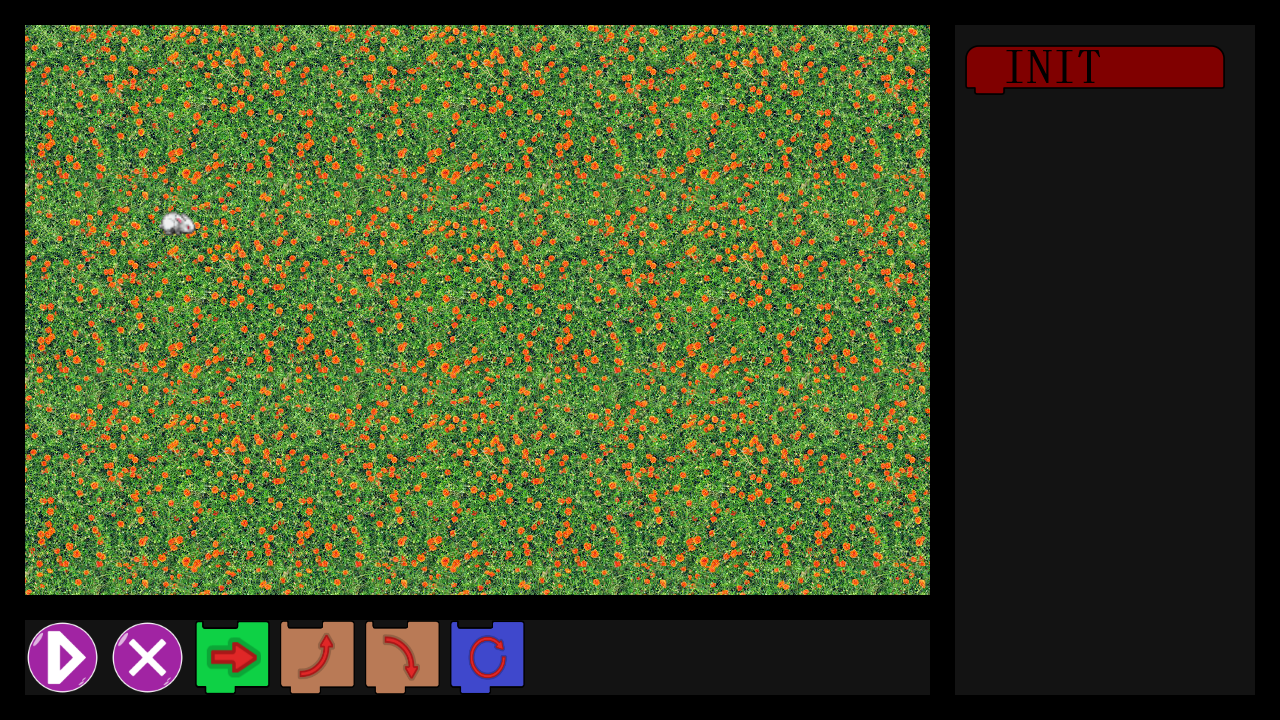
Repository: shiducai/trabajos-U.A.
Page: workspace/index.html
The author's editor kept a record of every edit. The page is drawn from the files as they stood at one moment, then again after the next edit.
The browser window is 1280 px wide. The pictures show the whole page.

Above is the page before.

### workspace/index.html
<html>
    <head>
        <script src="js/lib/jquery-3.3.1.min.js"></script>
        <script src="js/globalConditions.js"></script>
        <script src="js/class/Bunny.js"></script>
        <script src="js/class/scene/RedSquare.js"></script>
        <script src="js/class/scene/YellowSquare.js"></script>
        <script src="js/class/scene/BlueSquare.js"></script>
        <script src="js/class/scene/StarSquare.js"></script>
        <script src="js/class/scene/Level1.js"></script>
        <script src="js/class/scene/Level2.js"></script>
        <script src="js/class/nodes/NodesContainer.js"></script>
        <script src="js/class/nodes/MinNode.js"></script>
        <script src="js/class/nodes/InitialNode.js"></script>
        <script src="js/class/nodes/AdvanceNode.js"></script>
        <script src="js/class/nodes/TurnLeftNode.js"></script>
        <script src="js/class/nodes/TurnRightNode.js"></script>
        <script src="js/class/nodes/ForNode.js"></script>
        <script src="js/class/nodes/EndForNode.js"></script>
        <script src="js/functions.js"></script>
        <script src="js/game.js"></script>
        <link rel="Stylesheet" href="css/style.css">
    </head>
    <body>
        <div id="container">
            <canvas id="backgroundCanvas"></canvas>
            <canvas id="tileCanvas"></canvas>
            <canvas id="rabbitCanvas"></canvas>
            <canvas id="nodeCanvas"></canvas>
        </div>
    </body>
</html>

### workspace/js/globalConditions.js
// Variables de tamaño de la pantalla.
var SCREEN_WIDTH;
var SCREEN_HEIGHT;
var NODE_CTX;
var SCENE_CTX;
var BG_CANVAS;
var RABBIT_CTX;

// Temporizador del juego
var gameCooldown;
var endReached = false;
var level = 1;
var scene;

// Constantes para las acciones y tipos de los nodos
var PLAY = 0;
var CLEAR = 1;
var ADVANCE = 2;
var TURN_LEFT = 3;
var TURN_RIGHT = 4;
var FOR = 5;
var END_FOR = 6;

// Variable que controla el nodo pulsado
var isNodeClicked = false;
var clickedNode = undefined;
var closeNode = new Image();
closeNode.src = "img/closeNode.png"

// Estructuras de datos necesarias para el control de operaciones.
var nodesContainer;

// Variable del conejo
var bunny;

### workspace/js/class/scene/RedSquare.js
function RedSquare(x,y){
    this.img = new Image();
    this.img.src = "img/redSquare.png";
    this.x = x;
    this.y = y;
    this.width = 50;
    this.height = 50;
}

### workspace/js/class/scene/YellowSquare.js
function YellowSquare(x,y){
    this.img = new Image();
    this.img.src = "img/yellowSquare.png";
    this.x = x;
    this.y = y;
    this.width = 50;
    this.height = 50;
}

### workspace/js/class/scene/BlueSquare.js
function BlueSquare(x,y){
    this.img = new Image();
    this.img.src = "img/blueSquare.png";
    this.x = x;
    this.y = y;
    this.width = 50;
    this.height = 50;
}

### workspace/js/class/scene/StarSquare.js
function StarSquare(x,y){
    this.img = new Image();
    this.img.src = "img/starSquare.png";
    this.x = x;
    this.y = y;
    this.width = 50;
    this.height = 50;
}

### workspace/js/class/scene/Level1.js
function Level1(){
    this.tiles = new Array();
    this.tiles.push(new BlueSquare(150, 200));
    this.tiles.push(new YellowSquare(150, 200));
    this.tiles.push(new YellowSquare(200, 200));
    this.tiles.push(new YellowSquare(200, 250));
    this.tiles.push(new YellowSquare(250, 250));
    this.tiles.push(new YellowSquare(300, 250));
    this.tiles.push(new YellowSquare(300, 200));
    this.tiles.push(new YellowSquare(350, 200));
    this.tiles.push(new RedSquare(350, 150));

    this.draw = function() {
        for (var i = 0; i < this.tiles.length; i++) {
            var tile = this.tiles[i];
            SCENE_CTX.drawImage(tile.img, tile.x, tile.y, tile.width, tile.heigth);
        }
    }
}

                //TODO este bloque de comentarios, esta en en las lineas 3 a 9;

                //   //cubo1
                //     var CA1Map1 = new cuboAmarillo();

                //         CA1Map1.cuboPosx = 150;
                //         CA1Map1.cuboPosy = 200;

                //     //cubo2
                //     var CA2Map1 = new cuboAmarillo();
                //         CA2Map1.cuboPosx = 200;
                //         CA2Map1.cuboPosy = 200;

                //     //cubo3
                //     var CA3Map1 = new cuboAmarillo();
                //         CA3Map1.cuboPosx = 200;
                //         CA3Map1.cuboPosy = 250;

                //     //cubo4
                //     var CA4Map1 = new cuboAmarillo();
                //         CA4Map1.cuboPosx = 250;
                //         CA4Map1.cuboPosy = 250;

                //     //cubo5
                //     var CA5Map1 = new cuboAmarillo();
                //         CA5Map1.cuboPosx = 300;
                //         CA5Map1.cuboPosy = 250;

                //     //cubo6
                //     var CA6Map1 = new cuboAmarillo();
                //         CA6Map1.cuboPosx = 300;
                //         CA6Map1.cuboPosy = 200;

                //     //cubo7
                //     var CA7Map1 = new cuboAmarillo();
                //         CA7Map1.cuboPosx = 350;
                //         CA7Map1.cuboPosy = 200;


                        //Todo este bloque equivale a la funcion draw, lo mejor es que si en vez de 7 cuadros tienes 2 millones la funcion draw tb los pintaria.

                    //   //draw camino
                    // tiles.drawImage(amarillo,CA1Map1.cuboPosx,CA1Map1.cuboPosy,CA1Map1.width,CA1Map1.heigth);
                    // tiles.drawImage(amarillo,CA2Map1.cuboPosx,CA2Map1.cuboPosy,CA2Map1.width,CA2Map1.heigth);
                    // tiles.drawImage(amarillo,CA3Map1.cuboPosx,CA3Map1.cuboPosy,CA3Map1.width,CA3Map1.heigth);
                    // tiles.drawImage(amarillo,CA4Map1.cuboPosx,CA4Map1.cuboPosy,CA4Map1.width,CA4Map1.heigth);
                    // tiles.drawImage(amarillo,CA5Map1.cuboPosx,CA5Map1.cuboPosy,CA5Map1.width,CA5Map1.heigth);
                    // tiles.drawImage(amarillo,CA6Map1.cuboPosx,CA6Map1.cuboPosy,CA6Map1.width,CA6Map1.heigth);
                    // tiles.drawImage(amarillo,CA7Map1.cuboPosx,CA7Map1.cuboPosy,CA7Map1.width,CA7Map1.heigth);

// /**    esta parte me da error

//                     //draw inicio
//                     tiles.drawImage(cuboAzul,100,200,50,50);
//                       //draw final
//                     tiles.drawImage(cuboRojo,350,150,50,50); **/


                    //parte del cambio de color (no se las variables del persoje asi que pongo el ejemplo para sustituir mas adelante)
                    // if (perPosx + perWidth >= CA1Map1.cuboPosx && perPosx <= CA1Map1.cuboPosx + CA1Map1.width && perPosy + perHeight >= CA1Map1.cuboPosy && perPosy <= CA1Map1.cuboPosy + CA1Map1.heigth  ){
                    //     tiles.clearRect(CA1Map1.cuboPosx,CA1Map1.cuboPosy,CA1Map1.width,CA1Map1.heigth);
                    //     tiles.drawImage(cuboAzul,CA1Map1.cuboPosx,CA1Map1.cuboPosy,CA1Map1.width,CA1Map1.heigth);

                    // }
                    // if (perPosx + perWidth >= CA2Map1.cuboPosx && perPosx <= CA2Map1.cuboPosx + CA2Map1.width && perPosy + perHeight >= CA2Map1.cuboPosy && perPosy <= CA2Map1.cuboPosy + CA2Map1.heigth  ){
                    //     tiles.clearRect(CA2Map1.cuboPosx,CA2Map1.cuboPosy,CA2Map1.width,CA2Map1.heigth);
                    //     tiles.drawImage(cuboAzul,CA2Map1.cuboPosx,CA2Map1.cuboPosy,CA2Map1.width,CA2Map1.heigth);

                    // }
                    // if (perPosx + perWidth >= CA3Map1.cuboPosx && perPosx <= CA3Map1.cuboPosx + CA3Map1.width && perPosy + perHeight >= CA3Map1.cuboPosy && perPosy <= CA3Map1.cuboPosy + CA3Map1.heigth  ){
                    //     tiles.clearRect(CA3Map1.cuboPosx,CA3Map1.cuboPosy,CA3Map1.width,CA3Map1.heigth);
                    //     tiles.drawImage(cuboAzul,CA3Map1.cuboPosx,CA3Map1.cuboPosy,CA3Map1.width,CA3Map1.heigth);

                    // }
                    // if (perPosx + perWidth >= CA4Map1.cuboPosx && perPosx <= CA4Map1.cuboPosx + CA4Map1.width && perPosy + perHeight >= CA4Map1.cuboPosy && perPosy <= CA4Map1.cuboPosy + CA4Map1.heigth  ){
                    //     tiles.clearRect(CA4Map1.cuboPosx,CA4Map1.cuboPosy,CA4Map1.width,CA4Map1.heigth);
                    //     tiles.drawImage(cuboAzul,CA4Map1.cuboPosx,CA4Map1.cuboPosy,CA4Map1.width,CA4Map1.heigth);

                    // }
                    // if (perPosx + perWidth >= CA5Map1.cuboPosx && perPosx <= CA5Map1.cuboPosx + CA5Map1.width && perPosy + perHeight >= CA5Map1.cuboPosy && perPosy <= CA5Map1.cuboPosy + CA5Map1.heigth  ){
                    //     tiles.clearRect(CA5Map1.cuboPosx,CA5Map1.cuboPosy,CA5Map1.width,CA5Map1.heigth);
                    //     tiles.drawImage(cuboAzul,CA5Map1.cuboPosx,CA5Map1.cuboPosy,CA5Map1.width,CA5Map1.heigth);

                    // }
                    // if (perPosx + perWidth >= CA6Map1.cuboPosx && perPosx <= CA6Map1.cuboPosx + CA6Map1.width && perPosy + perHeight >= CA6Map1.cuboPosy && perPosy <= CA6Map1.cuboPosy + CA6Map1.heigth  ){
                    //     tiles.clearRect(CA6Map1.cuboPosx,CA6Map1.cuboPosy,CA6Map1.width,CA6Map1.heigth);
                    //     tiles.drawImage(cuboAzul,CA6Map1.cuboPosx,CA6Map1.cuboPosy,CA6Map1.width,CA6Map1.heigth);

                    // }
                    // if (perPosx + perWidth >= CA7Map1.cuboPosx && perPosx <= CA7Map1.cuboPosx + CA7Map1.width && perPosy + perHeight >= CA7Map1.cuboPosy && perPosy <= CA7Map1.cuboPosy + CA7Map1.heigth  ){
                    //     tiles.clearRect(CA7Map1.cuboPosx,CA7Map1.cuboPosy,CA7Map1.width,CA7Map1.heigth);
                    //     tiles.drawImage(cuboAzul,CA7Map1.cuboPosx,CA7Map1.cuboPosy,CA7Map1.width,CA7Map1.heigth);

                    // }

### workspace/js/class/scene/Level2.js
function Level2(){
    this.tiles = new Array();
    this.tiles.push(new BlueSquare(100, 200));
    this.tiles.push(new YellowSquare(150, 200));
    this.tiles.push(new YellowSquare(200, 200));
    this.tiles.push(new YellowSquare(250, 200));
    this.tiles.push(new YellowSquare(300, 200));
    this.tiles.push(new YellowSquare(350, 200));
    this.tiles.push(new YellowSquare(350, 150));
    this.tiles.push(new YellowSquare(350, 100));
    this.tiles.push(new YellowSquare(350, 50));
    this.tiles.push(new YellowSquare(300, 50));
    this.tiles.push(new YellowSquare(250, 50));
    this.tiles.push(new YellowSquare(200, 50));
    this.tiles.push(new YellowSquare(200, 100));
    this.tiles.push(new YellowSquare(200, 150));

    this.tiles.push(new YellowSquare(200, 250));
    this.tiles.push(new YellowSquare(200, 300));
    this.tiles.push(new YellowSquare(250, 300));
    this.tiles.push(new YellowSquare(300, 300));
    this.tiles.push(new YellowSquare(300, 350));
    this.tiles.push(new YellowSquare(350, 350));
    this.tiles.push(new YellowSquare(400, 350));
    this.tiles.push(new RedSquare(400, 300));

    this.draw = function() {
        for (var i = 0; i < this.tiles.length; i++) {
            var tile = this.tiles[i];
            SCENE_CTX.drawImage(tile.img, tile.x, tile.y, tile.width, tile.height);
        }
    }

    this.switch = function(index) {
        this.tiles.splice(index+1, 0, new StarSquare(this.tiles[index].x, this.tiles[index].y));
        this.tiles.splice(index, 1);
    }
}

### workspace/js/class/nodes/NodesContainer.js
function NodesContainer(x, y, width, height) {
    this.x = x;
    this.y = y;
    this.width = width;
    this.height = height;
    this.image = new Image();
    this.image.src = "img/nodeContainer.png";
    this.nodes = new Array();
    this.nodesMin = new Array();
    this.nodesMin.push(new MinNode(25, SCREEN_HEIGHT-100, PLAY));
    this.nodesMin.push(new MinNode(110, SCREEN_HEIGHT-100, CLEAR));
    this.nodesMin.push(new MinNode(195, SCREEN_HEIGHT-100, ADVANCE));
    this.nodesMin.push(new MinNode(280, SCREEN_HEIGHT-100, TURN_LEFT));
    this.nodesMin.push(new MinNode(365, SCREEN_HEIGHT-100, TURN_RIGHT));
    this.nodesMin.push(new MinNode(450, SCREEN_HEIGHT-100, FOR));
    this.nodes.push(new InitialNode(this.x + 10, this.y + 20));

    this.addNode = function(index, node) {
        for (var i = index ; i < this.nodes.length; i++) {
            this.nodes[i].y += this.nodes[i].height;
        }
        this.nodes.splice(index, 0, node);
    }

    this.draw = function() {
        NODE_CTX.drawImage(this.image, this.x, this.y, this.width, this.height);
        NODE_CTX.drawImage(this.image, 25, SCREEN_HEIGHT-100, SCREEN_WIDTH-375, 75);
        for (var i = 0; i < this.nodesMin.length; i++) {
            this.nodesMin[i].draw();
        }
    }

    this.drawNodes = function() {
        for (var i = 0; i < this.nodes.length; i++) {
            var node = this.nodes[i];
            node.draw();
            if (clickedNode != undefined) {
            var distance = distanceBetweenTwoPoints(clickedNode.x +25, clickedNode.y, node.x + 25, node.y + node.height);
                if (distance < 25) {
                    NODE_CTX.drawImage(closeNode, node.x, node.y + node.height -7);
                }
            }
        }
    }

    this.getActions = function() {
        var actions = new Array();
        for (var i = 1; i < this.nodes.length; i++) {
            var node = this.nodes[i];
            if (node instanceof ForNode) {
                var endLoop = false;
                var forIndex = i;
                while (!endLoop) {
                    i++;
                    if(this.nodes[i] instanceof EndForNode && this.nodes[i].forIndex == forIndex) {
                        endLoop = true;
                    }
                }
            }
            actions = actions.concat(node.getActions());
        }
        return actions;
    }
}

### workspace/js/class/nodes/MinNode.js
function MinNode(x, y, type) {
    this.type = type;
    this.x = x;
    this.y = y;
    this.width = 75;
    this.height = 75;
    this.img = new Image();
    this.img.src;
    switch(type) {
        case PLAY:
            this.img.src = "img/playButton.png";
            break;
        case CLEAR:
            this.img.src = "img/clearButton.png";
            break;
        case ADVANCE:
            this.img.src = "img/nodeAdvanceMin.png";
            break;
        case TURN_LEFT:
            this.img.src = "img/nodeTurnLeftMin.png";
            break;
        case TURN_RIGHT:
            this.img.src = "img/nodeTurnRightMin.png";
            break;
        case FOR:
            this.img.src = "img/nodeForMin.png";
            break;
    }

    this.draw = function() {
        NODE_CTX.drawImage(this.img, this.x, this.y, this.width, this.height);
    }
}

### workspace/js/class/nodes/InitialNode.js
function InitialNode(x, y) {
    this.x = x;
    this.y = y;
    this.width = 260;
    this.height = 50;
    this.img = new Image();
    this.img.src = "img/initialNode.png"
    this.childs = new Array();

    this.draw = function() {
        NODE_CTX.drawImage(this.img, this.x, this.y, this.width, this.height);
        for (var i=0; i < this.childs.length; i++) {
            var node = this.childs[i];
            node.draw();
            if (clickedNode != undefined) {
                var distance = distanceBetweenTwoPoints(clickedNode.x +25, clickedNode.y, node.x + 25, node.y + node.height);
                if (distance < 25) {
                    NODE_CTX.drawImage(closeNode, node.x, node.y + node.height -7);
                }
            }
        }
    }
}

### workspace/js/class/nodes/AdvanceNode.js
function AdvanceNode(x, y) {
    this.x = x;
    this.y = y;
    this.width = 260;
    this.height = 50;
    this.action = ADVANCE;
    this.img = new Image();
    this.img.src = "img/nodeAdvance.png";

    this.getActions = function() {
        return this.action;
    }

    this.draw = function() {
        NODE_CTX.drawImage(this.img, this.x, this.y, this.width, this.height);
    }
}

### workspace/js/class/nodes/TurnLeftNode.js
function TurnLeftNode(x, y) {
    this.x = x;
    this.y = y;
    this.width = 260;
    this.height = 50;
    this.action = TURN_LEFT;
    this.img = new Image();
    this.img.src = "img/nodeTurnLeft.png";

    this.getActions = function() {
        return this.action;
    }

    this.draw = function() {
        NODE_CTX.drawImage(this.img, this.x, this.y, this.width, this.height);
    }
}

### workspace/js/class/nodes/TurnRightNode.js
function TurnRightNode(x, y) {
    this.x = x;
    this.y = y;
    this.width = 260;
    this.height = 50;
    this.action = TURN_RIGHT;
    this.img = new Image();
    this.img.src = "img/nodeTurnRight.png";

    this.getActions = function() {
        return this.action;
    }

    this.draw = function() {
        NODE_CTX.drawImage(this.img, this.x, this.y, this.width, this.height);
    }
}

### workspace/js/class/nodes/ForNode.js
function ForNode(x, y) {
    this.value;
    this.x = x;
    this.y = y;
    this.width = 260;
    this.height = 50;
    this.action = FOR;
    this.img = new Image();
    this.img.src = "img/nodeForLoop.png";
    this.imgValue = new Image();
    this.imgValue.src = "img/value.png";

    this.getActions = function() {
        var actions = new Array();
        var startIndex = nodesContainer.nodes.indexOf(this);
        var endIndex = startIndex + 1;
        var foundEndIndex = false;
        while (!foundEndIndex) {
            if (nodesContainer.nodes[endIndex] instanceof EndForNode && nodesContainer.nodes[endIndex].forIndex == startIndex) {
                foundEndIndex = true;
            } else {
                endIndex++;
            }
        }
        for (var loop = 0; loop < this.value; loop++) {
            for (var i = startIndex + 1; i < endIndex; i++) {
                var node = nodesContainer.nodes[i];
                if (node instanceof ForNode) {
                    var endLoop = false;
                    var forIndex = i;
                    while (!endLoop) {
                        i++;
                        if(nodesContainer.nodes[i] instanceof EndForNode && nodesContainer.nodes[i].forIndex == forIndex) {
                            endLoop = true;
                        }
                    }
                }
                actions = actions.concat(node.getActions());
            }
        }
        return actions;
    }

    this.draw = function() {
        NODE_CTX.drawImage(this.img, this.x, this.y, this.width, this.height);
        NODE_CTX.drawImage(this.imgValue, this.x + 218, this.y + 6, 34, 34);
    }

    this.setValue = function(value) {
        this.value = value;
        this.imgValue.src = "img/value_" + this.value + ".png"
    }
}

### workspace/js/class/nodes/EndForNode.js
function EndForNode(forIndex, x, y) {
    this.forIndex = forIndex;
    this.x = x;
    this.y = y;
    this.width = 260;
    this.height = 50;
    this.action = END_FOR;
    this.img = new Image();
    this.img.src = "img/nodeEndFor.png";

    this.getActions = function() {
        return this.action;
    }

    this.draw = function() {
        NODE_CTX.drawImage(this.img, this.x, this.y, this.width, this.height);
    }
}

### workspace/js/game.js
$(document).ready(function(){
    SCREEN_WIDTH = window.innerWidth;
    SCREEN_HEIGHT = window.innerHeight;
    init();
});

function init(){
    initBackgroundCanvas();
    initNodeCanvas();
    initSceneCanvas();
    initRabbitCanvas();
    initButtons();
    gameCooldown = setTimeout("gameLoop()",200);
}
function gameLoop(){
    updateSceneCanvas();
    updateNodeCanvas();
    updateRabbitCanvas();
    if (endReached) {
        level++;
        resetScene();
        for (var j = nodesContainer.nodes.length-1; j > 0; j--) {
            nodesContainer.nodes.splice(j,1);
        }
    }
    clearTimeout(gameCooldown);
    gameCooldown = setTimeout("gameLoop()",1000/24);
}

### workspace/css/style.css
html, body{
    width: 100%;
    height: 100%;
    padding:0px;
    margin:0px;
    overflow:hidden;
    background:black;
}

#container{
    position: relative;
}

canvas{
    position: absolute;
}

#backgroundCanvas{
    z-index: 0;
}

#tileCanvas {
    z-index: 1;
}

#rabbitCanvas{
    z-index: 2;
}

#nodeCanvas{
    z-index: 3;
}

Loaded but not shown: workspace/js/lib/jquery-3.3.1.min.js (library); workspace/js/class/Bunny.js (219 lines, source omitted); workspace/js/functions.js (198 lines, source omitted)

After the next edit:
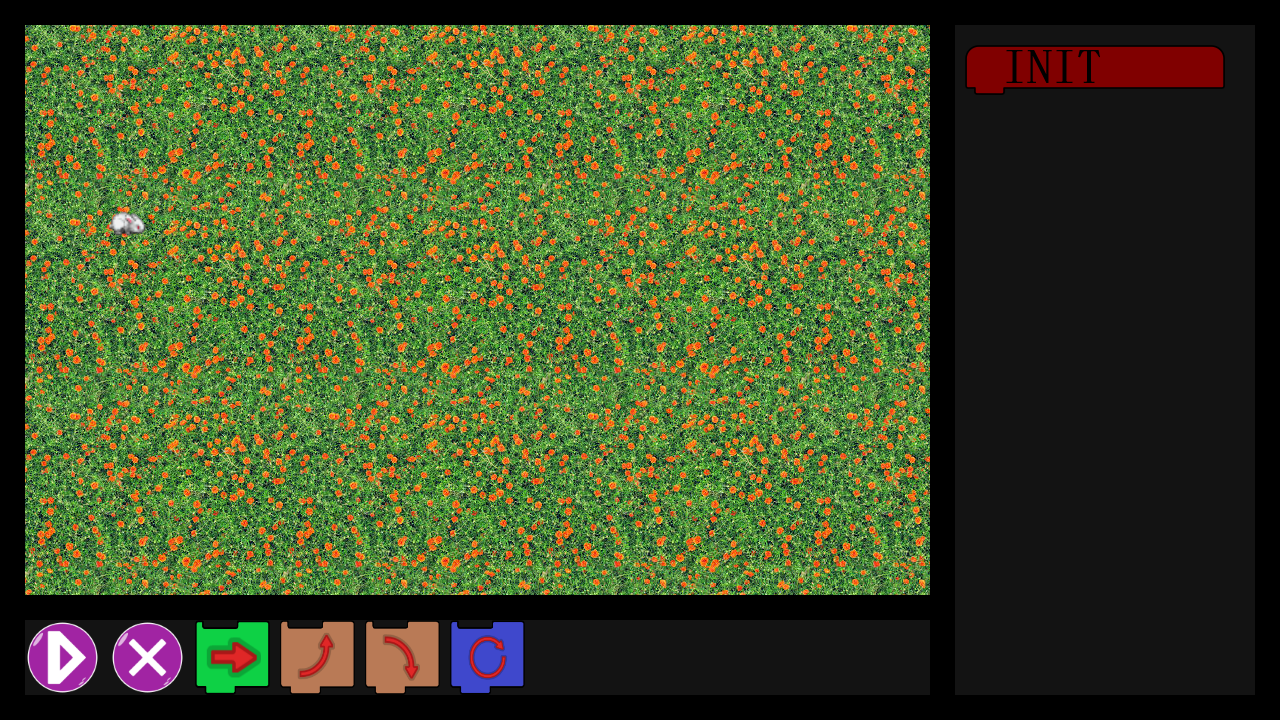
The edit:
--- a/workspace/js/class/scene/Level1.js
+++ b/workspace/js/class/scene/Level1.js
@@ -1,6 +1,6 @@
 function Level1(){
     this.tiles = new Array();
-    this.tiles.push(new BlueSquare(150, 200));
+    this.tiles.push(new BlueSquare(100, 200));
     this.tiles.push(new YellowSquare(150, 200));
     this.tiles.push(new YellowSquare(200, 200));
     this.tiles.push(new YellowSquare(200, 250));
